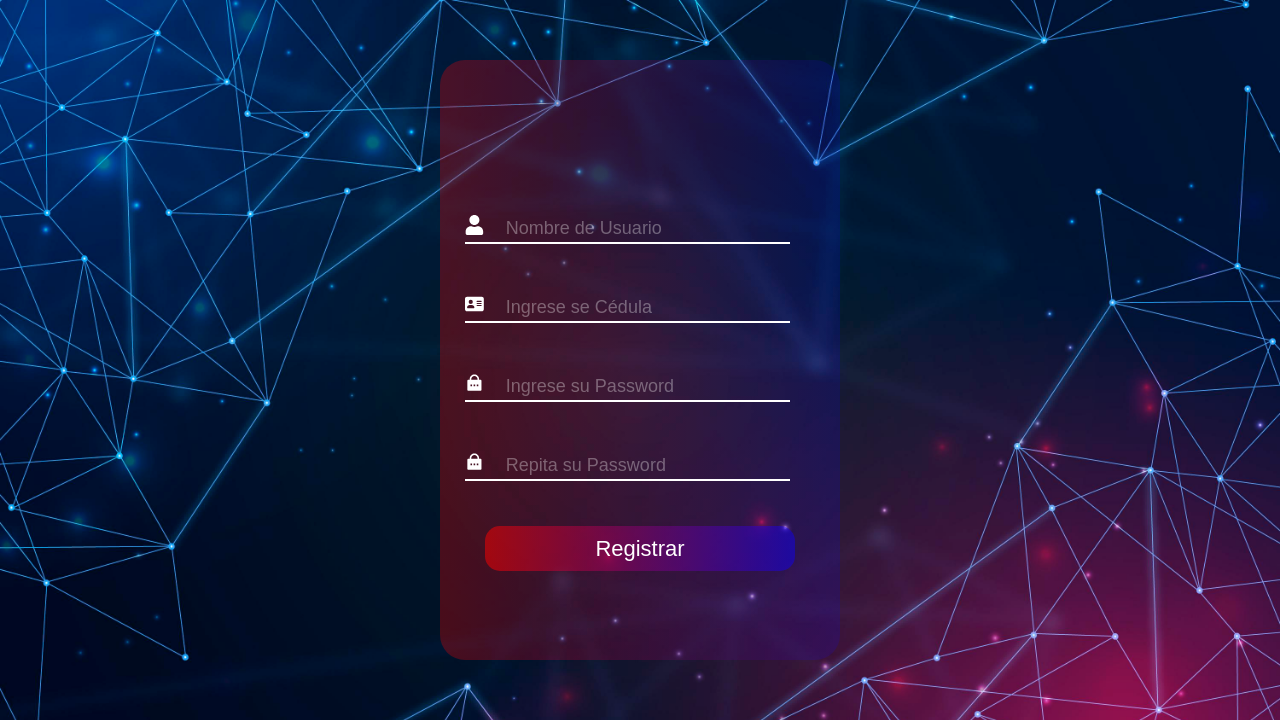
Repository: Davic1o/municipio
Page: /Registro
These files come from the project's save history. The page is drawn as it stood at one moment and after a run of saves; the edit follows.
The browser window is 1280 px wide. The pictures show the whole page.
The project was rebuilt for these pictures with package versions that can differ from the ones it lists, and the page was loaded fresh each time. Also part of the build but not shown: src/pages/Login/Login.jsx, src/pages/Administrador/Admin.jsx, src/pages/Coord/Coord.jsx, src/pages/User/User.jsx.

Above is the page before, as saved 2024-02-06 17:58:55.

After the next 2 saves:
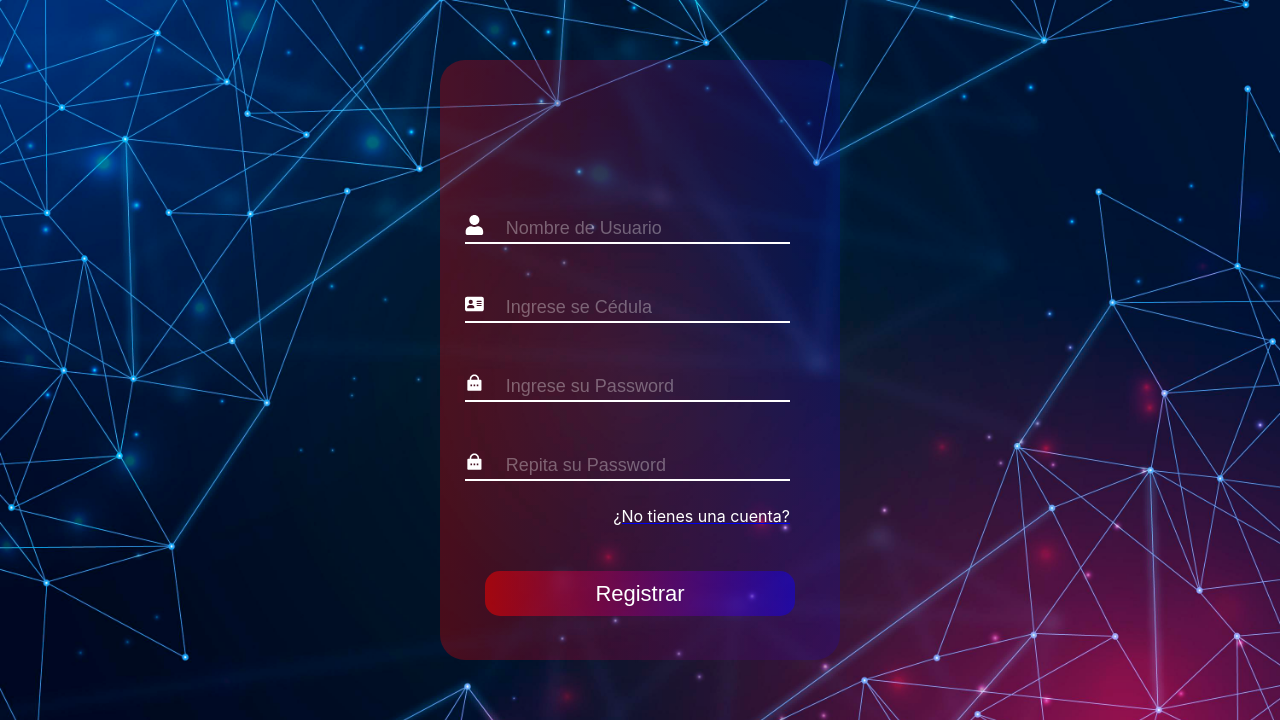
The 2 saves are shown as one change because 1 did not build or start.
The last was saved 90 s later.
--- a/src/pages/Register/Register.jsx
+++ b/src/pages/Register/Register.jsx
@@ -2,6 +2,7 @@ import React from 'react';
 import { FaUser } from 'react-icons/fa';
 import { RiLockPasswordFill } from 'react-icons/ri';
 import { FaAddressCard } from "react-icons/fa6";
+import {Link} from "react-router-dom"
 import './register.css';
 
 const Register = () => {
@@ -49,6 +50,14 @@ const Register = () => {
 
 
           </div>
+          <div className="contenedor__registrar">
+            <Link to={'/Registro'}>
+            <label htmlFor="" className="lbl__registrar">
+              ¿No tienes una cuenta?
+            </label>
+
+            </Link>
+          </div>
           <div className="contendor__ingresar">
             <button className="btn__ingresar" >
               Registrar
